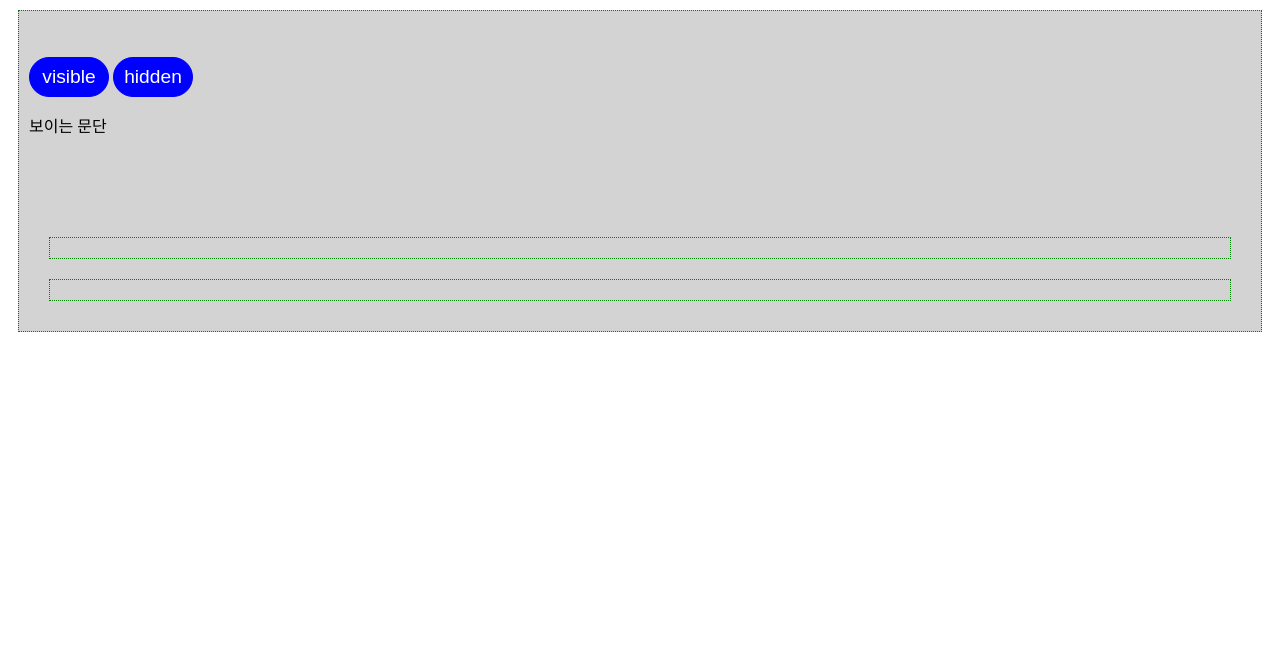
Repository: JJaeHwan/HTML
Page: jquerypro/WebContent/0112/Visibility필터.html
The author's editor kept a copy of each file at every save. The page is drawn from the files as they stood at one save, then again after the next save.
The browser window is 1280 px wide. The pictures show the whole page.

Above is the page before, as saved 2023-01-12 06:31:44.

After the next save:
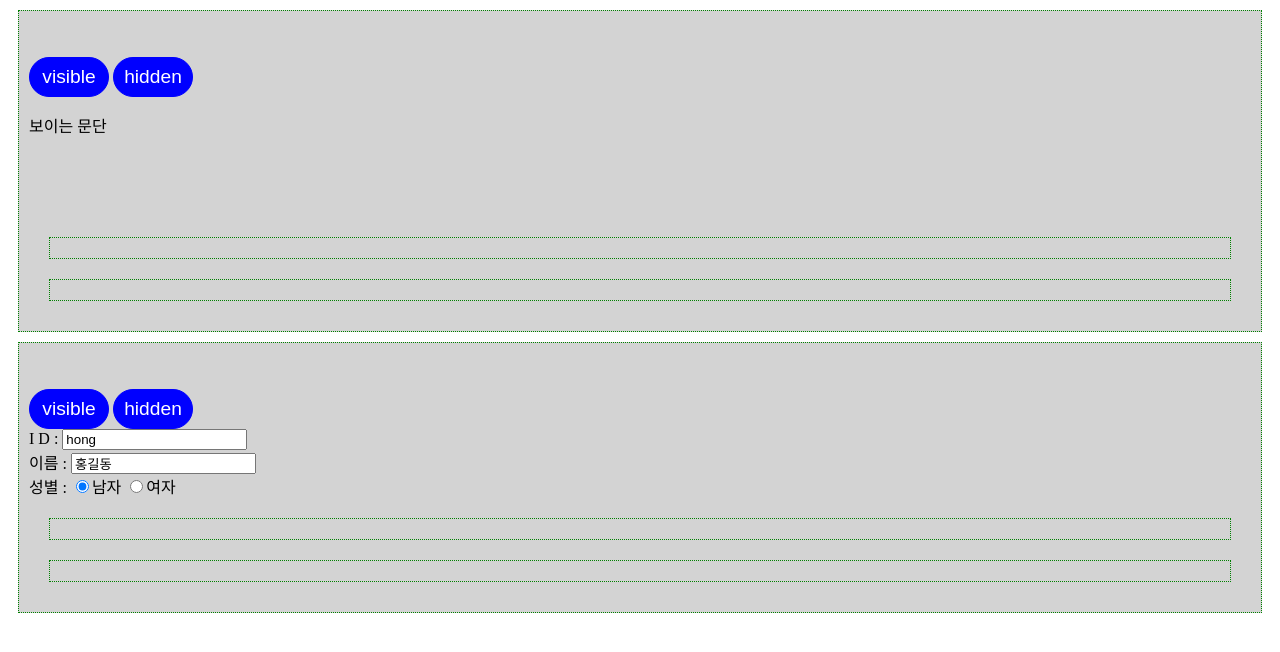
Saved 24 min 1 s later.
--- a/jquerypro/WebContent/0112/Visibility필터.html
+++ b/jquerypro/WebContent/0112/Visibility필터.html
@@ -53,5 +53,25 @@ $(function() {
 	<div id="visible"></div>
 	<div id="hidden"></div>
 </div>
+
+<div class="box">
+	<br><br>
+	<input type="button" value="visible" id="btn3">
+	<input type="button" value="hidden" id="btn4">
+	<br>
+	<form id="testForm">
+		<input type="hidden" name="userAge" value="33">
+		<input type="hidden" name="userCity" value="대전">
+		I D : <input type="text" name="userID" value="hong">
+		<span style="display:none">ID가 중복됩니다. </span> <br>
+		이름 : <input type="text" name="userName" value="홍길동">
+		<span style="visibility:hidden">이름을 입력하세요</span><br>
+		성별 : <input type="radio" name="sung" value="남" checked>남자
+		<input type="radio" name="sung" value="여">여자
+	</form>
+
+	<div id="fvisible"></div>
+	<div id="fhidden"></div>
+</div>
 </body>
 </html>
